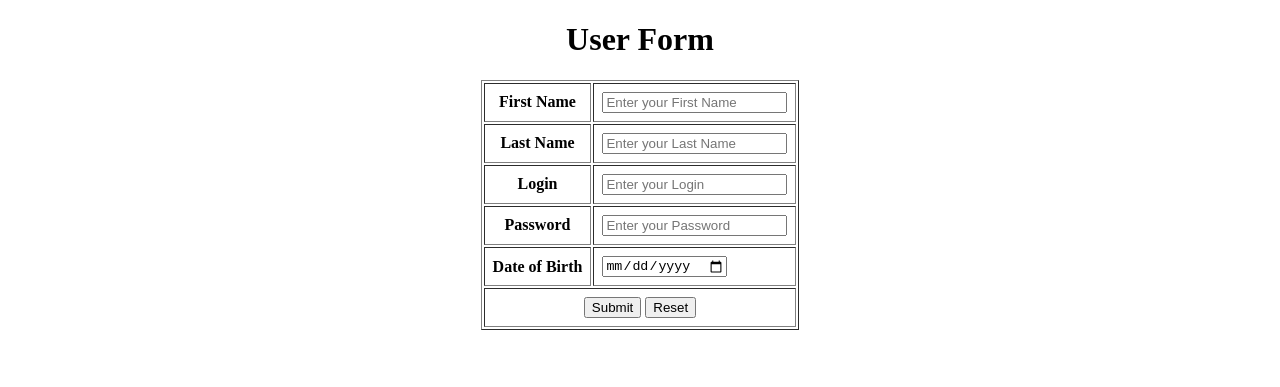
Repository: quaidjohar53/Adv-java
Page: http://localhost/Adv-java_JSPservlet/HelloServlet
The author's editor kept a copy of each file at every save. The page is drawn from the files as they stood at one save, then again after the next save.
The browser window is 1280 px wide. The pictures show the whole page.
The page is served by Tomcat 9.

Above is the page before, as saved 2026-07-17 09:54:46.

After the next save:
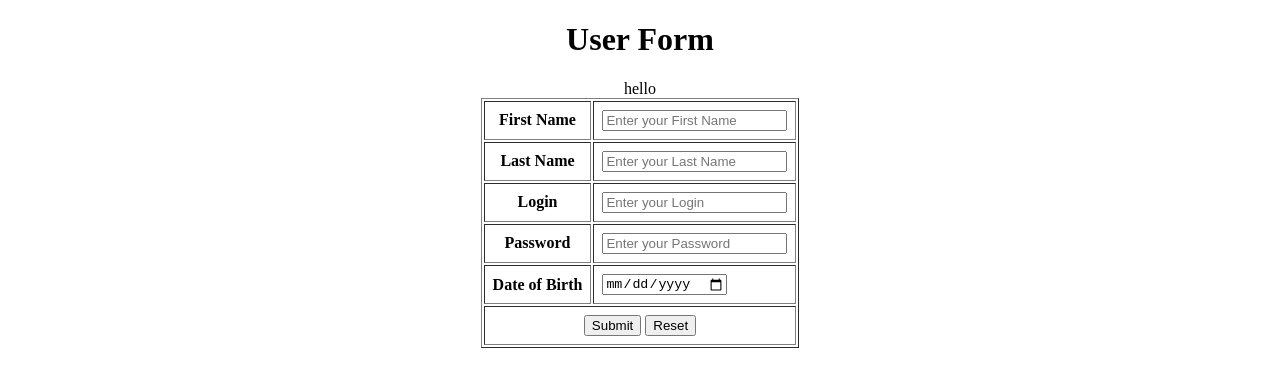
Saved 3 days later.
--- a/Adv-java_JSPservlet/src/main/webapp/HelloView.jsp
+++ b/Adv-java_JSPservlet/src/main/webapp/HelloView.jsp
@@ -62,7 +62,7 @@
                     <input type="submit" value="Submit">
                     <input type="reset" value="Reset">
                 </td>
-            </tr>
+            </tr><caption>hello</caption>
 
         </table>
 

After the save that followed:
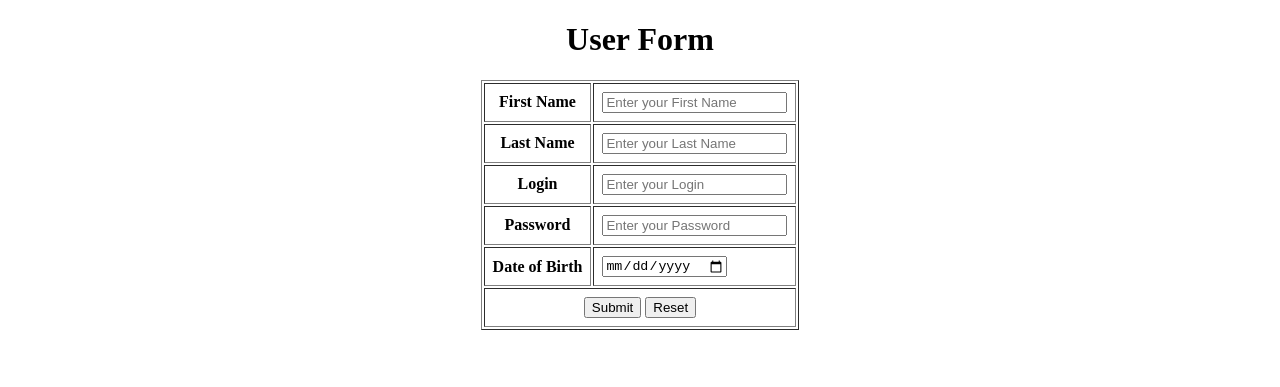
Saved 18 s later.
--- a/Adv-java_JSPservlet/src/main/webapp/HelloView.jsp
+++ b/Adv-java_JSPservlet/src/main/webapp/HelloView.jsp
@@ -62,7 +62,7 @@
                     <input type="submit" value="Submit">
                     <input type="reset" value="Reset">
                 </td>
-            </tr><caption>hello</caption>
+            </tr>
 
         </table>
 
